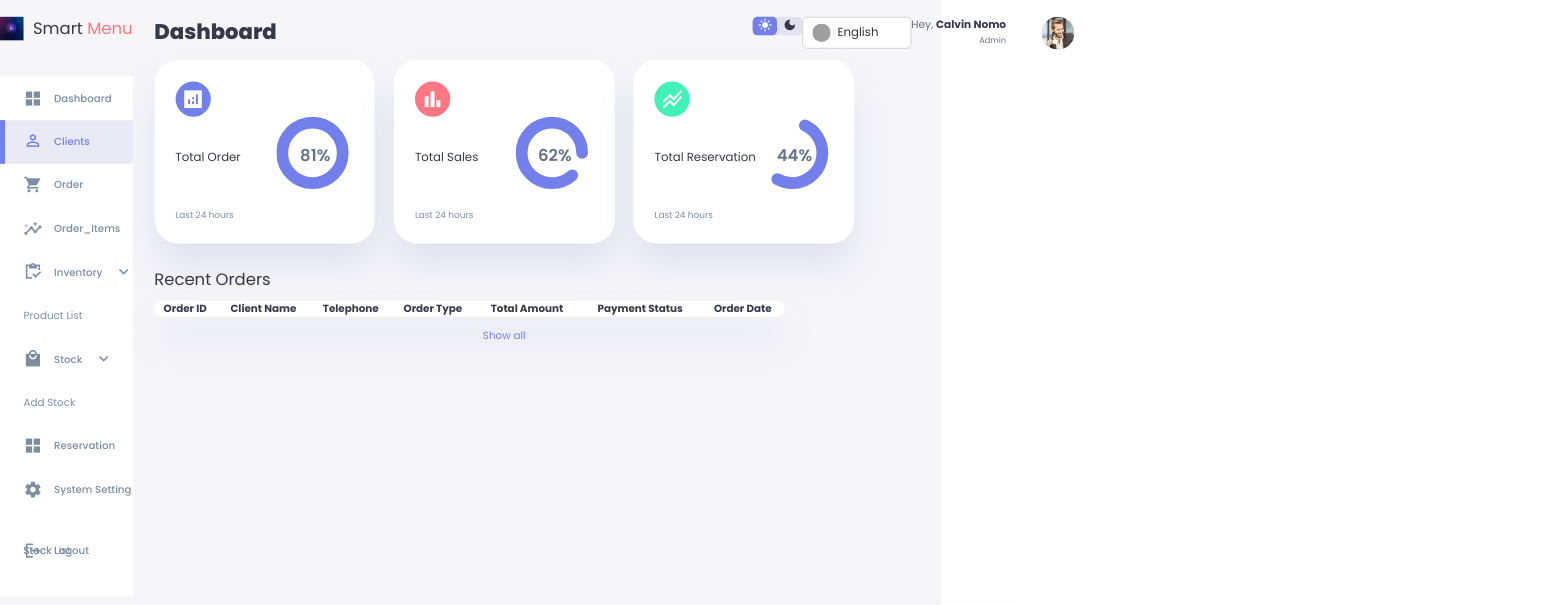
Repository: Calvin-Nomo/Hash-code
Page: product_list.html
An editor plug-in stored every save of this project. The page is shown before and after the next save, followed by the edit.
The browser window is 1280 px wide. The page is 1856 px wide, so the pictures cover 1856 px, including what lies to the right of the window. The pictures show the whole page, at 84% of full size.
Pictures or frames that could not be fetched are drawn as grey boxes. The page's requests for data from a server got no answer.

Above is the page before, as saved 2025-10-09 09:14:59.

After the next save:
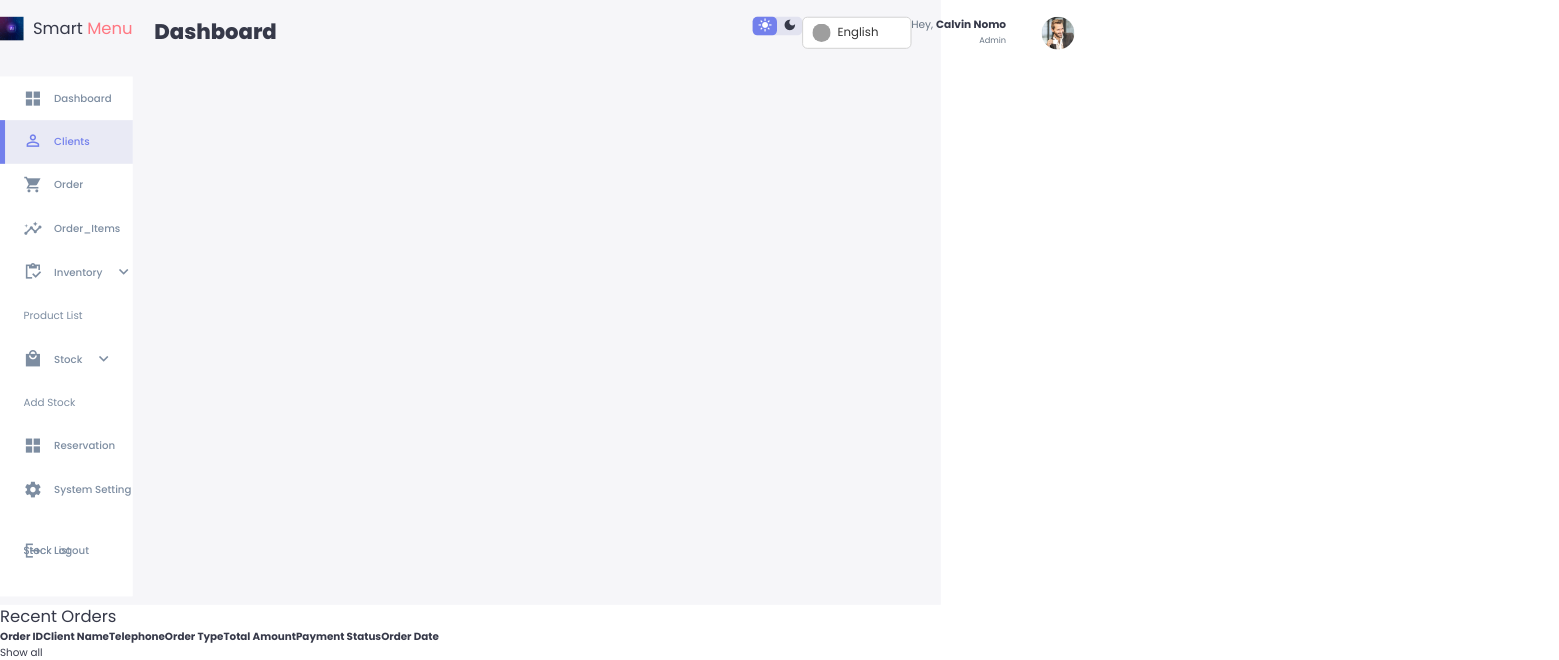
Saved 70 s later.
--- a/product_list.html
+++ b/product_list.html
@@ -103,63 +103,6 @@
       <!-- ################END OF SIDE BAR #################-->
       <main>
         <h1>Dashboard</h1>
-        <div class="insight">
-          <div class="sales">
-            <span class="material-icons-sharp"> analytics </span>
-            <div class="middle">
-              <div class="left">
-                <h3>Total Order</h3>
-                <h1 id="total_order"></h1>
-              </div>
-              <div class="progress">
-                <svg>
-                  <circle cx="38" cy="38" r="36"></circle>
-                </svg>
-                <div class="number">
-                  <p>81%</p>
-                </div>
-              </div>
-            </div>
-            <small class="text-muted">Last 24 hours</small>
-          </div>
-          <!-- END OF SALES -->
-          <div class="expenses">
-            <span class="material-icons-sharp"> bar_chart </span>
-            <div class="middle">
-              <div class="left">
-                <h3>Total Sales</h3>
-                <h1 id="total-sales"></h1>
-              </div>
-              <div class="progress">
-                <svg>
-                  <circle cx="38" cy="38" r="36"></circle>
-                </svg>
-                <div class="number">
-                  <p>62%</p>
-                </div>
-              </div>
-            </div>
-            <small class="text-muted">Last 24 hours</small>
-          </div>
-          <!-- END OF EXPENSES -->
-          <div class="income">
-            <span class="material-icons-sharp"> stacked_line_chart </span>
-            <div class="middle">
-              <div class="left">
-                <h3>Total Reservation</h3>
-                <h1 id="total-reservation"></h1>
-              </div>
-              <div class="progress">
-                <svg>
-                  <circle cx="38" cy="38" r="36"></circle>
-                </svg>
-                <div class="number">
-                  <p>44%</p>
-                </div>
-              </div>
-            </div>
-            <small class="text-muted">Last 24 hours</small>
-          </div>
           <!-- END OF INCOME -->
         </div>
         <!-- END OF INSIGHT -->
